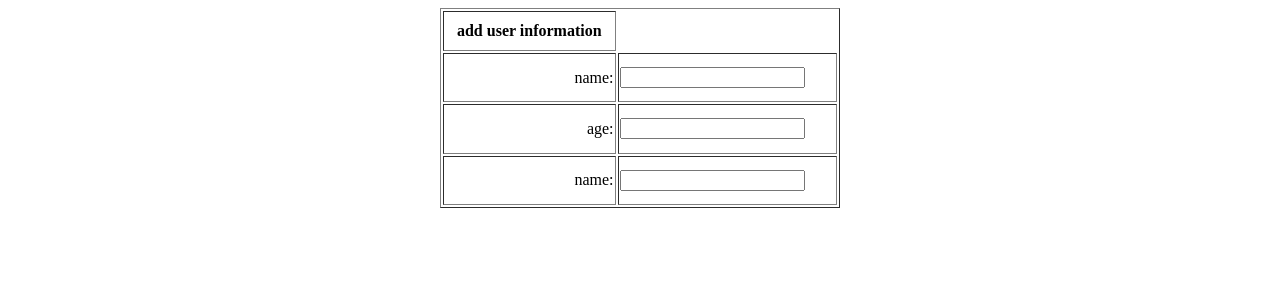
Repository: GetHubByYc/MyEclipse
Page: http://localhost/jsp_6/
The author's editor kept a copy of each file at every save. The page is drawn from the files as they stood at one save, then again after a run of saves.
The browser window is 1280 px wide. The pictures show the whole page.
The page is served by Tomcat 9. Other server files are loaded and not shown.

Above is the page before, as saved 2015-11-09 04:48:35.

### jsp_6/WebRoot/index.jsp
<%@ page language="java" import="java.util.*" pageEncoding="ISO-8859-1"%>
<%
String path = request.getContextPath();
String basePath = request.getScheme()+"://"+request.getServerName()+":"+request.getServerPort()+path+"/";
%>

<!DOCTYPE HTML PUBLIC "-//W3C//DTD HTML 4.01 Transitional//EN">
<html>
  <head>
    <base href="<%=basePath%>">

    <title>My JSP 'index.jsp' starting page</title>
	<meta http-equiv="pragma" content="no-cache">
	<meta http-equiv="cache-control" content="no-cache">
	<meta http-equiv="expires" content="0">
	<meta http-equiv="keywords" content="keyword1,keyword2,keyword3">
	<meta http-equiv="description" content="This is my page">
	<!--
	<link rel="stylesheet" type="text/css" href="styles.css">
	-->
  </head>

  <body>
  	<form action='reg.jsp' method='post'>
  		<table align='center' width='400' height='200' border='1'>
  			<tr>
  				<td align='center' clospan='2' height='40'>
  					<b>add user information</b>
  				</td>
  			</tr>
  			<tr>
  				<td align='right'>name: </td>
  				<td>
  					<input type='text' name='name'>
  				</td>
  			</tr>
			<tr>
  				<td align='right'>age: </td>
  				<td>
  					<input type='text' name='age'>
  				</td>
  			</tr>
  			<tr>
  				<td align='right'>name: </td>
  				<td>
  					<input type='text' name='name'>
  				</td>
  			</tr>
  		</table>
  	</form>
  </body>
</html>

After the next 2 saves:
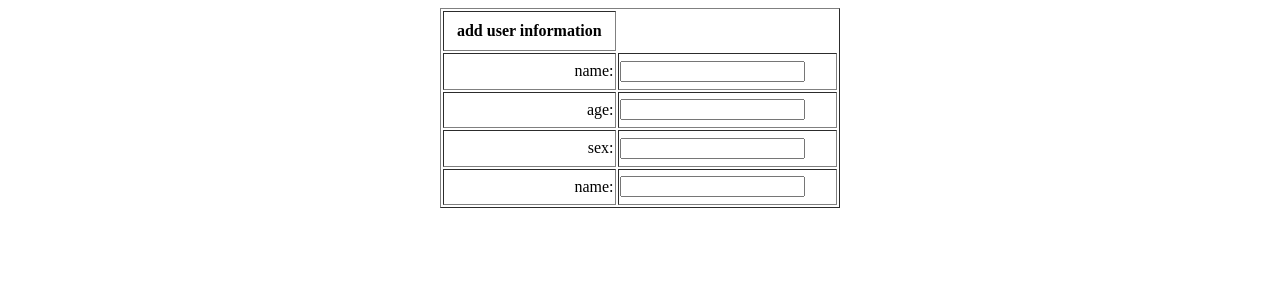
The 2 saves are shown as one change because they came seconds apart.
The last was saved 8 s later.
--- a/jsp_6/WebRoot/index.jsp
+++ b/jsp_6/WebRoot/index.jsp
@@ -41,6 +41,12 @@ String basePath = request.getScheme()+"://"+request.getServerName()+":"+request.
   				</td>
   			</tr>
   			<tr>
+  				<td align='right'>sex: </td>
+  				<td>
+  					<input type='text' name='sex'>
+  				</td>
+  			</tr>
+  			<tr>
   				<td align='right'>name: </td>
   				<td>
   					<input type='text' name='name'>
